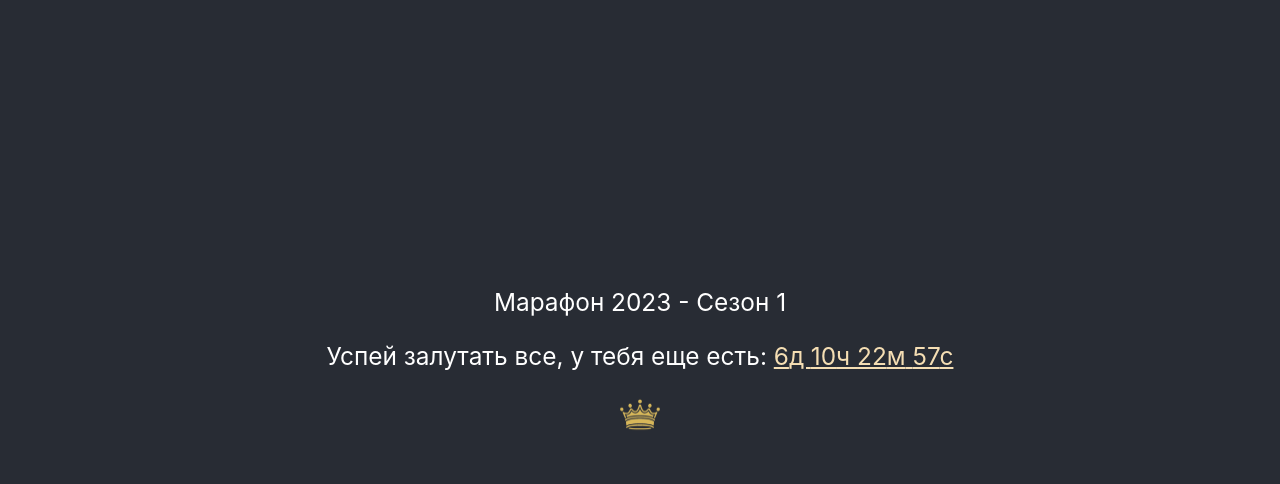
Repository: bandikost/capers
Page: /main
These files come from the project's save history. The page is drawn as it stood at one moment and after the next save; the edit follows.
The browser window is 1280 px wide. The pictures show the whole page.
The page's requests for data from a server got no answer. The project was rebuilt for these pictures with package versions that can differ from the ones it lists, and the page was loaded fresh each time. No one was signed in, and anything a server would have sent is missing.

Above is the page before, as saved 2023-04-10 16:05:39.

After the next save:
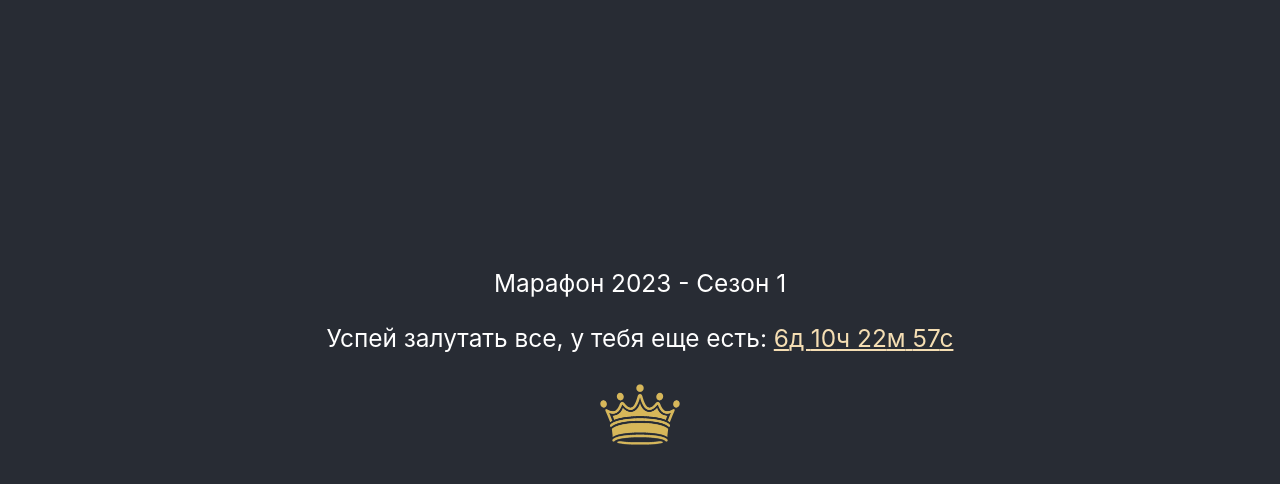
Saved 5 s later.
--- a/src/components/Main.jsx
+++ b/src/components/Main.jsx
@@ -71,7 +71,7 @@ export const Main = () => {
         {timeRemaining.seconds}с
         </span>
       </p>
-      <img src={crown}  style={{display: "flex", width:"50px", margin: "0 auto 0"}} />
+      <img src={crown}  style={{display: "flex", width:"100px", margin: "0 auto 0"}} />
     <div className="table">
       {sortedBalances.map((entry, index) => (
         <div className="cell" key={entry[0]} data-number={index + 1}>
